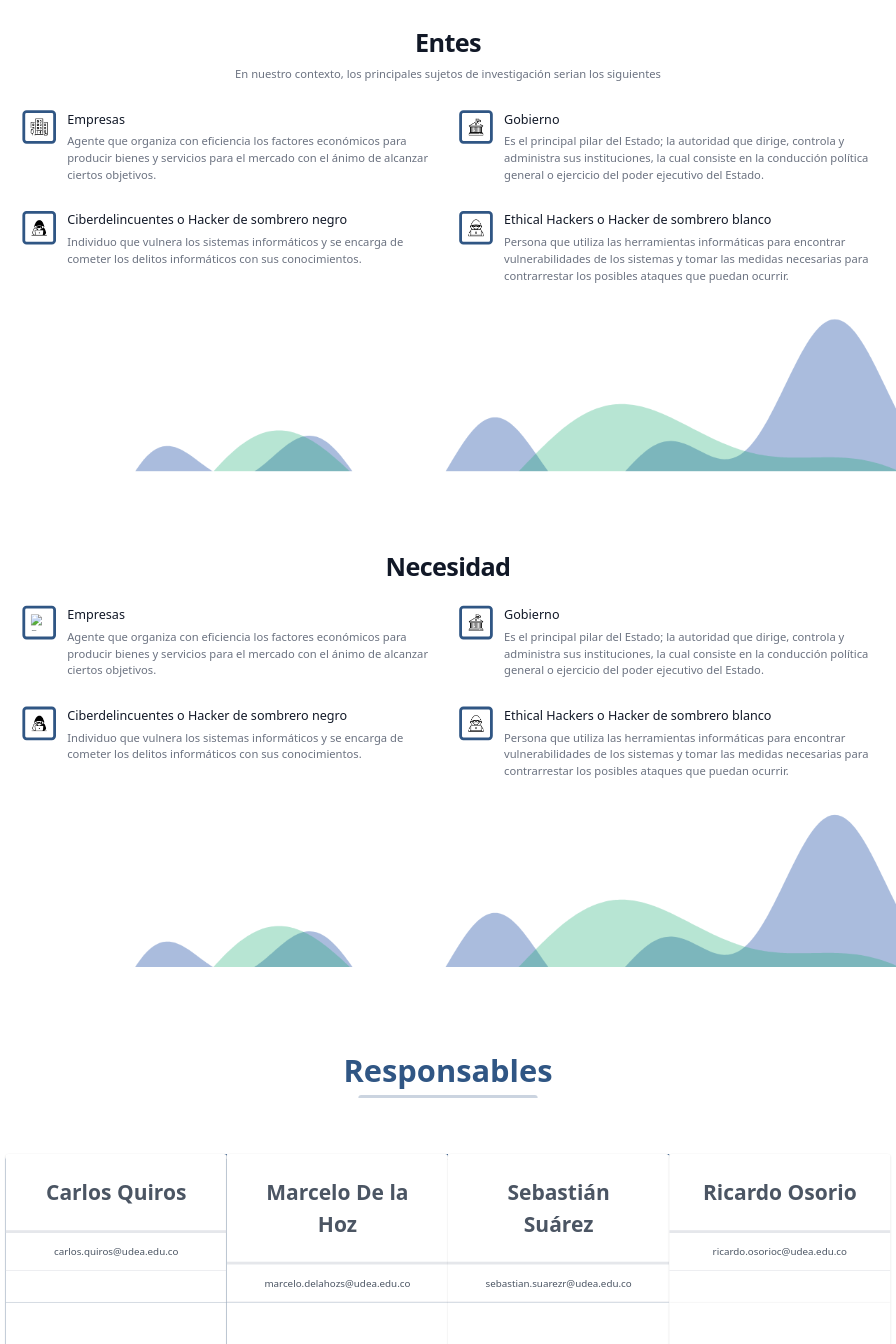
Repository: cardacar/fdi-2022
Page: /
These files come from the project's save history. The page is drawn as it stood at one moment and after the next save; the edit follows.
The browser window is 1280 px wide. The pictures show the part of the page from y = 2999 to 4919 px (the page is 5578 px tall), at 70% of full size.
The project was rebuilt for these pictures with package versions that can differ from the ones it lists, and the page was loaded fresh each time. The framework's server and built-in components were replaced by stand-ins that run in the browser. Also part of the build but not shown: next.config.js.

Above is the page before, as saved 2022-08-07 16:08:10.

After the next save:
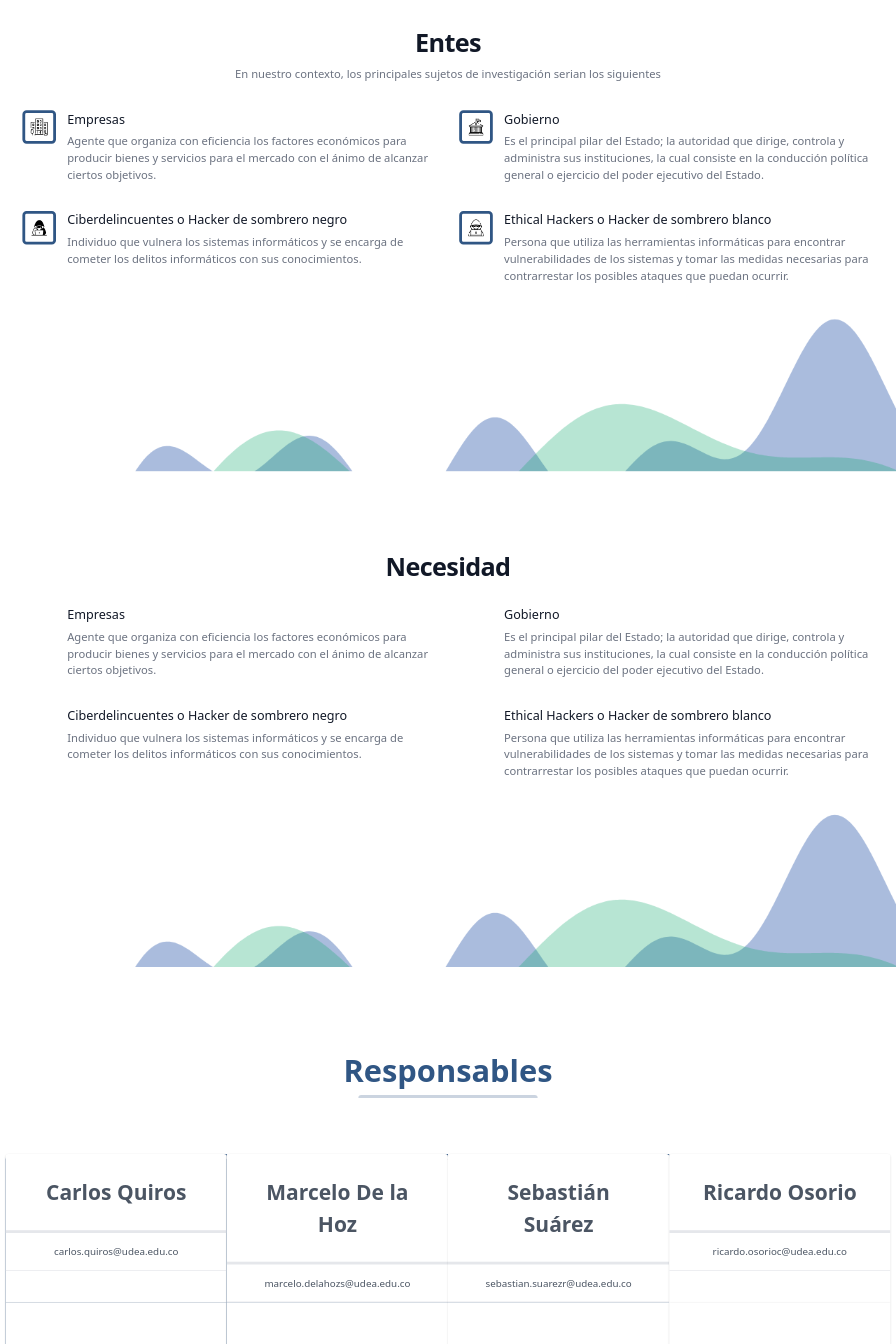
Saved 30 s later.
--- a/src/components/Necesidad.tsx
+++ b/src/components/Necesidad.tsx
@@ -27,15 +27,6 @@ const Necesidad = () => {
             {featuresList.map((feature) => (
               <div key={feature.name} className="relative">
                 <dt>
-                  <div
-                    className={`absolute flex items-center justify-center h-12 w-12 rounded-md bg-background text-tertiary border-primary border-4`}
-                  >
-                    <img
-                      className={`inline-block h-6 w-6`}
-                      src={feature.icon}
-                      alt={feature.name}
-                    />
-                  </div>
                   <p className="ml-16 text-lg leading-6 font-medium text-gray-900">
                     {feature.name}
                   </p>
